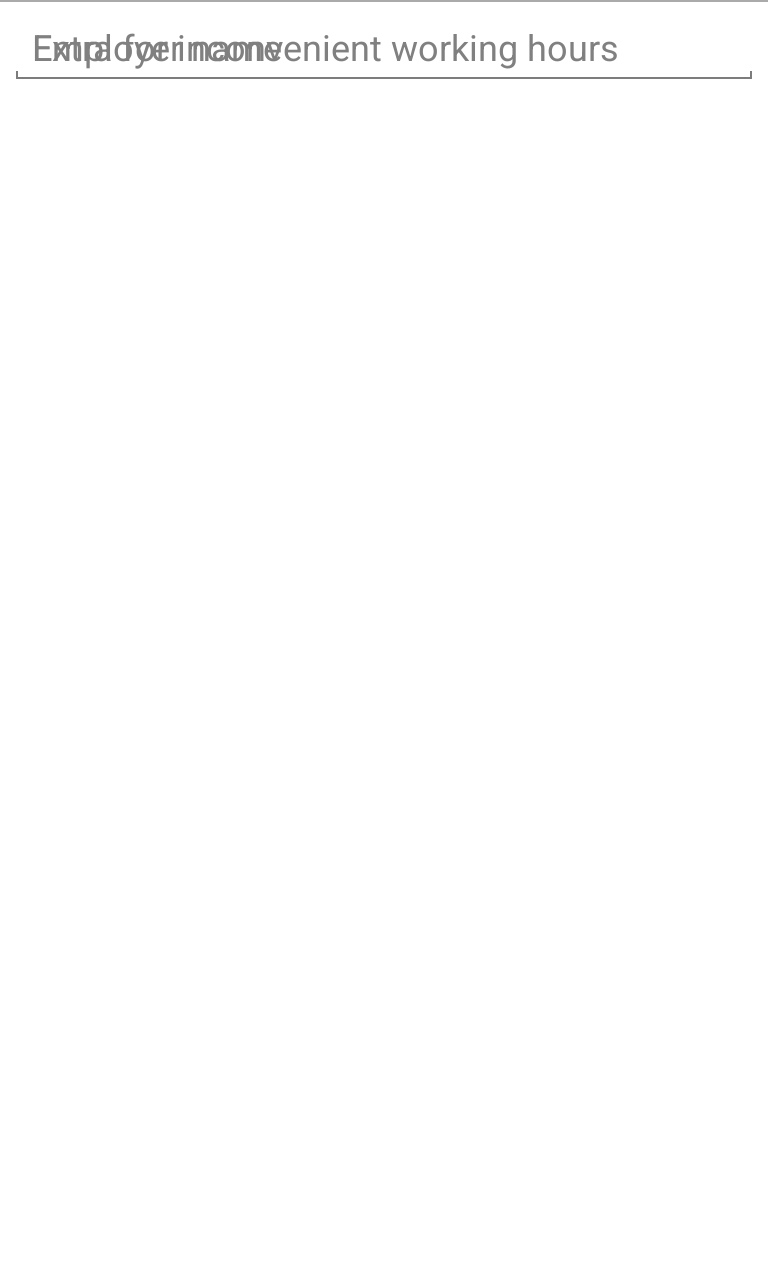
Repository: LudvigN/Hourly
Layout: Hourly/res/layout/add_emp_dialog.xml
The author's editor kept a copy of each file at every save. The layout is drawn from the files as they stood at one save, then again after the next save.
It is drawn on a 768 x 1280 px phone screen (xhdpi) without system bars, with theme AppTheme; the app's code is not run.

Above is the layout before, as saved 2014-03-22 14:40:26.

### Hourly/res/layout/add_emp_dialog.xml
<?xml version="1.0" encoding="utf-8"?>
<RelativeLayout xmlns:android="http://schemas.android.com/apk/res/android"
    android:layout_width="match_parent"
    android:layout_height="match_parent"
    android:orientation="vertical" >

    <EditText
        android:id="@+id/dialog_txt_new_emp_name"
        android:layout_width="match_parent"
        android:layout_height="wrap_content"
        android:layout_margin="4dp"
        android:hint="@string/newEmpName"
        android:inputType="text"
        android:layout_belov="parent"
        />
     <EditText
        android:id="@+id/dialog_txt_new_emp_phone"
        android:layout_width="match_parent"
        android:layout_height="wrap_content"
        android:layout_margin="4dp"
        android:inputType="phone"
        android:hint="@string/newEmpPhone"
        android:layout_above="@id/dialog_txt_new_emp_email"
        />
      <EditText
        android:id="@+id/dialog_txt_new_emp_email"
        android:layout_width="match_parent"
        android:layout_height="wrap_content"
        android:layout_margin="4dp"
        android:inputType="textEmailAddress"
        android:hint="@string/newEmpEmail"
        android:layout_above="@id/dialog_txt_new_emp_salery"
        />
      <View
    android:layout_width="fill_parent"
    android:layout_height="1dp"
    android:background="@android:color/darker_gray"/>
     <EditText
        android:id="@+id/dialog_txt_new_emp_salery"
        android:layout_width="match_parent"
        android:layout_height="wrap_content"
        android:layout_margin="4dp"
        android:inputType="number"
        android:hint="@string/newEmpSalery"
         android:layout_above="@id/dialog_txt_new_emp_ob"
        />
     <View
    android:layout_width="fill_parent"
    android:layout_height="1dp"
    android:background="@android:color/darker_gray"/>
     <EditText
        android:id="@+id/dialog_txt_new_emp_ob"
        android:layout_width="match_parent"
        android:layout_height="wrap_content"
        android:layout_margin="4dp"
        android:inputType="number"
        android:hint="@string/newEmpOb"

        />





</RelativeLayout>

### Hourly/res/values/strings.xml
<?xml version="1.0" encoding="utf-8"?>
<resources>

    <string name="app_name">Hourly</string>
    <string name="action_settings">Settings</string>
    <string-array name="actionbar_items">
        <item>Kalender</item>
        <item>Timrapport</item>
        <item>Arbetsgivare</item>
    </string-array>
     <string-array name="employers">
        <item>IKEA</item>
        <item>ICA</item>
        <item>Kenny</item>
    </string-array>


     <string name="newEmpName">Employer name</string>
     <string name="newEmpPhone"> Phonenumber</string>
     <string name="newEmpEmail"> Email</string>
     <string name="newEmpSalery">Hourly wage</string>
     <string name="newEmpOb">Extra for inconvenient working hours</string>

</resources>

Loaded but not shown: Hourly/res/values/styles.xml (common file); Hourly/res/values-v11/styles.xml (common file); Hourly/res/values-v14/styles.xml (common file)

After the next save:
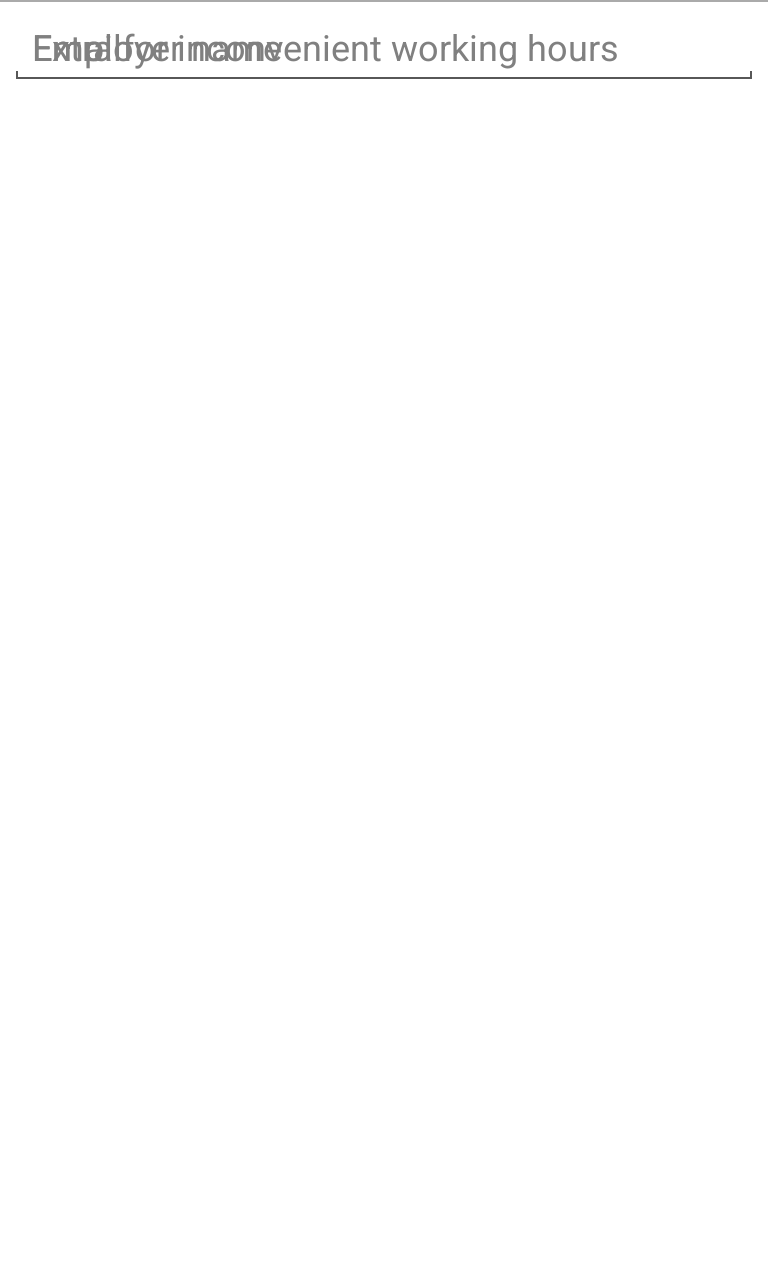
Saved 2 min 5 s later.
--- a/Hourly/res/layout/add_emp_dialog.xml
+++ b/Hourly/res/layout/add_emp_dialog.xml
@@ -29,7 +29,7 @@
         android:layout_margin="4dp"
         android:inputType="textEmailAddress"
         android:hint="@string/newEmpEmail"
-        android:layout_above="@id/dialog_txt_new_emp_salery"
+        android:layout_below="@id/dialog_txt_new_emp_salery"
         />
       <View
     android:layout_width="fill_parent"
